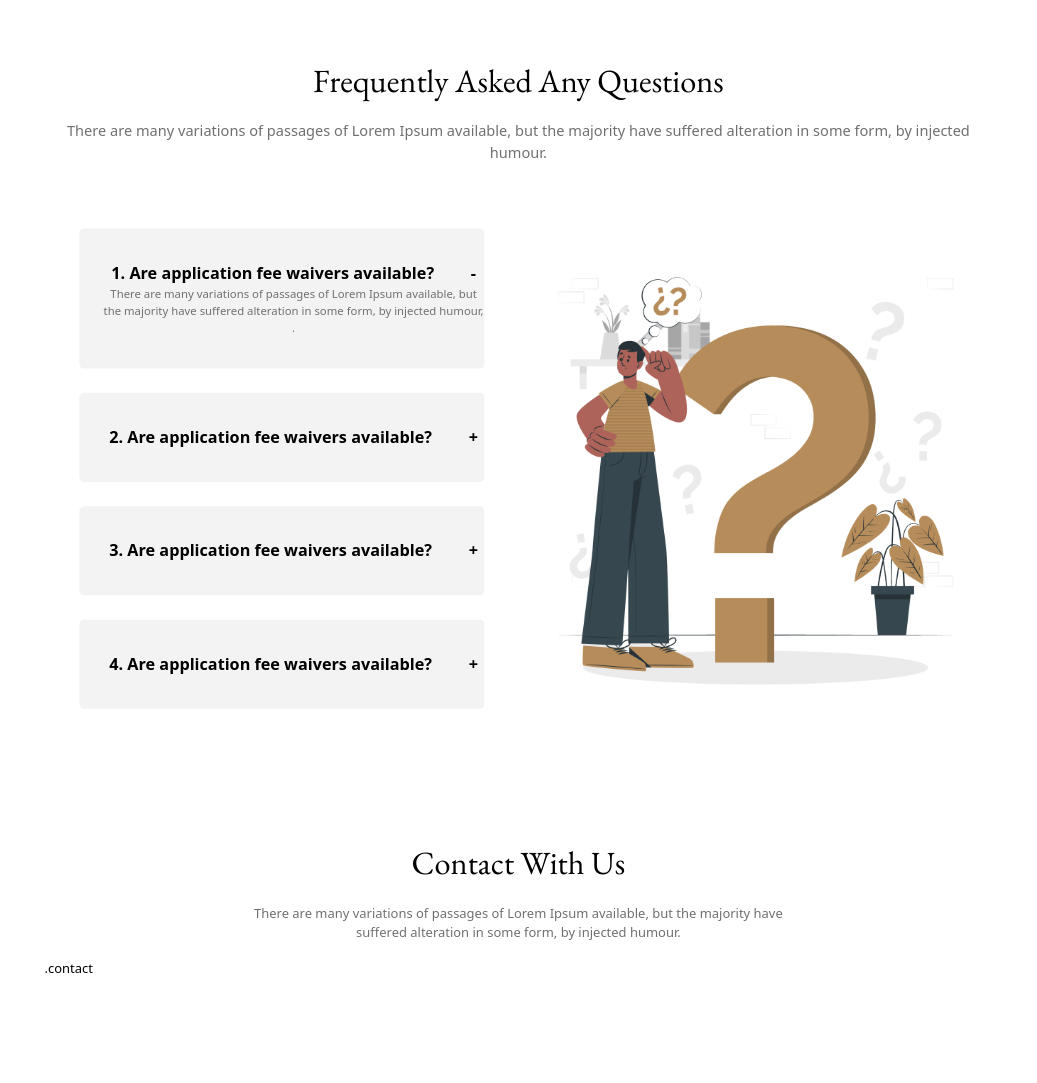
Repository: nahid-hasann/website-6
Page: index.html
These files come from the project's save history. The page is drawn as it stood at one moment and after the next save; the edit follows.
The browser window is 1280 px wide. The pictures show the whole page, at 81% of full size.

Above is the page before, as saved 2025-07-22 11:36:57.

After the next save:
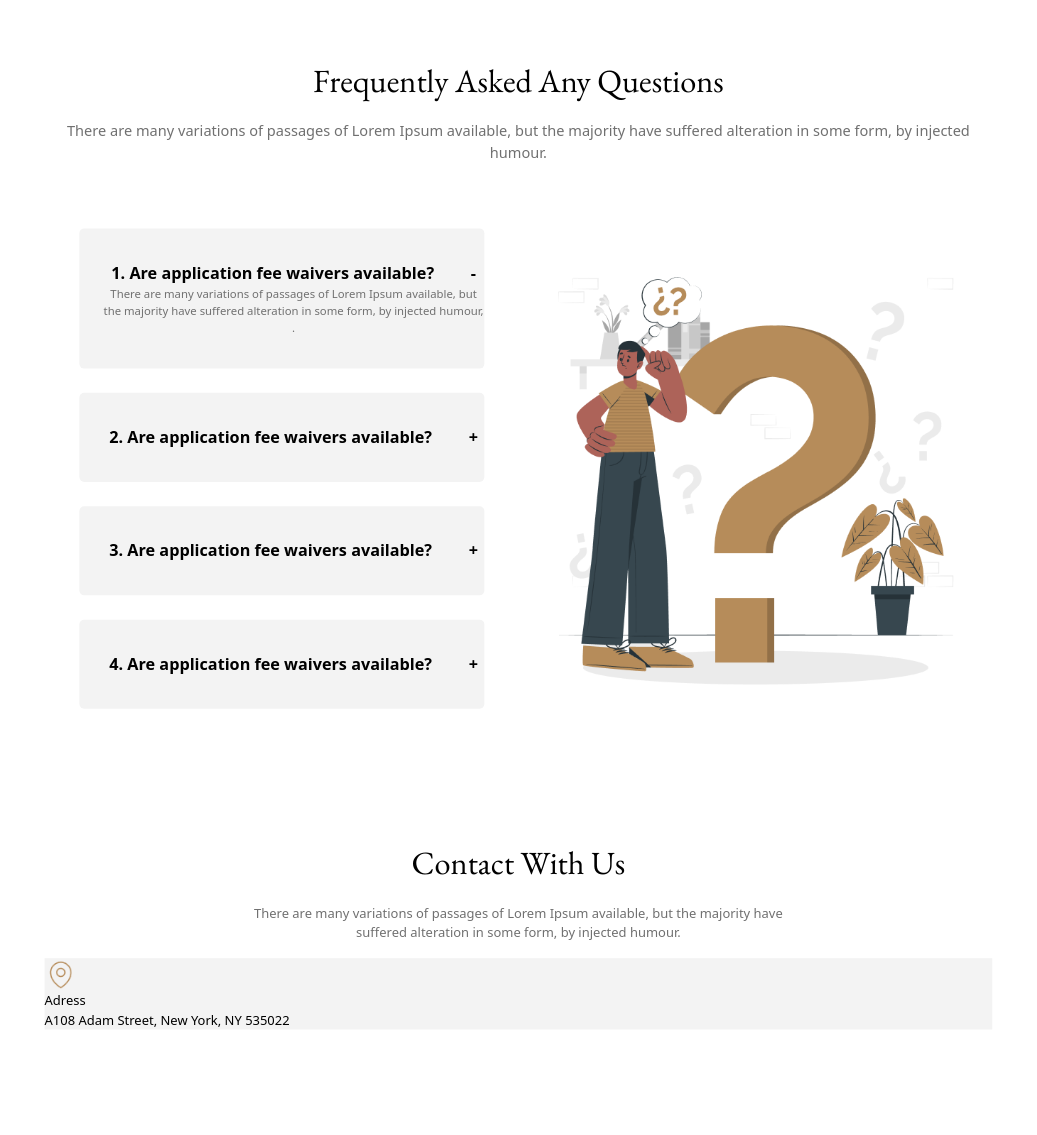
Saved 4 s later.
--- a/index.html
+++ b/index.html
@@ -129,7 +129,18 @@
          <h1 class="eb-garamond-ok text-[40px] text-center ">Contact With Us</h1>
             <p class="text-center text-[#707070] my-[20px]">There are many variations of passages of Lorem Ipsum available, but the majority have <br> suffered alteration in some form, by injected humour.</p>
 
-            .contact
+            <div class="contact">
+                 <div class="contact-info">
+                <div class="bg-[#f3f3f3]">
+                    <img src="images/location.png" alt="">
+                    <h1>Adress</h1>
+                    <p>A108 Adam Street, New York, NY 535022</p>
+                </div>
+            </div>
+            <div class="contact-form">
+
+            </div>
+            </div>
     </section>
 
 </main>
